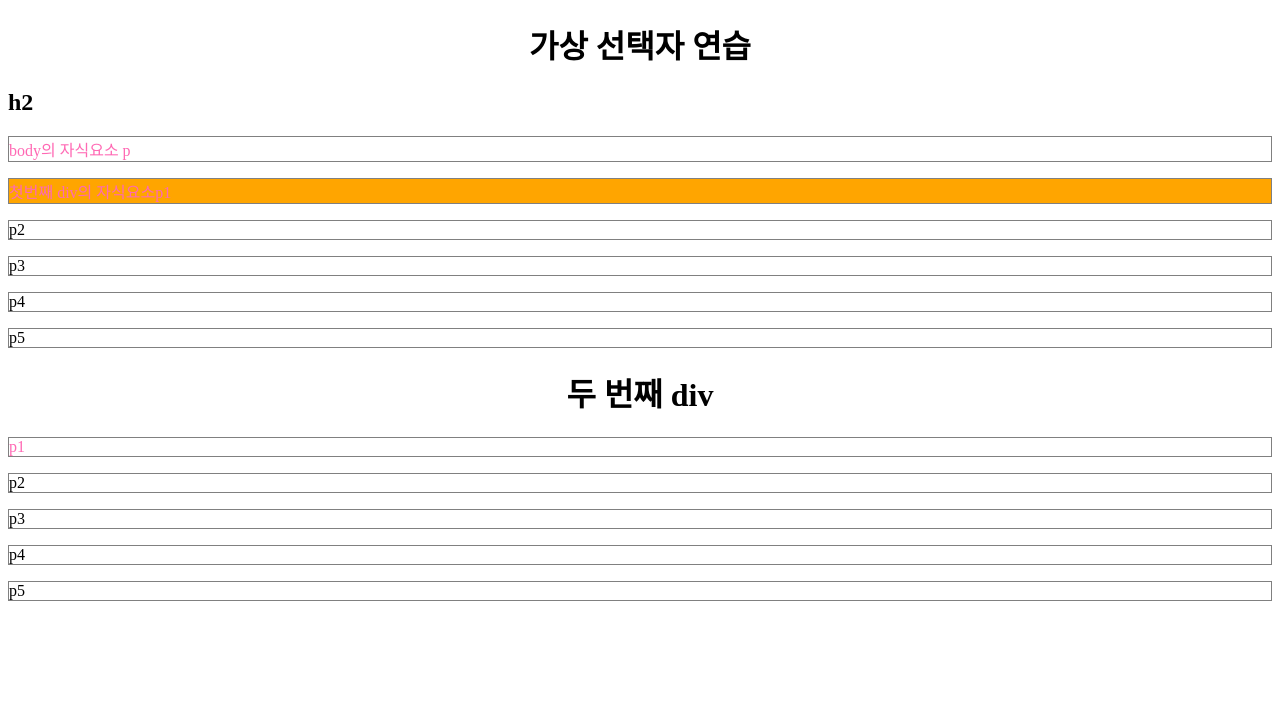
Repository: 753kg/753kg.github.io
Page: KOSTA/webProject/WebContent/day3/virtualSelector.html
The author's editor kept a copy of each file at every save. The page is drawn from the files as they stood at one save, then again after the next save.
The browser window is 1280 px wide. The pictures show the whole page.

Above is the page before, as saved 2021-03-31 03:08:30.

After the next save:
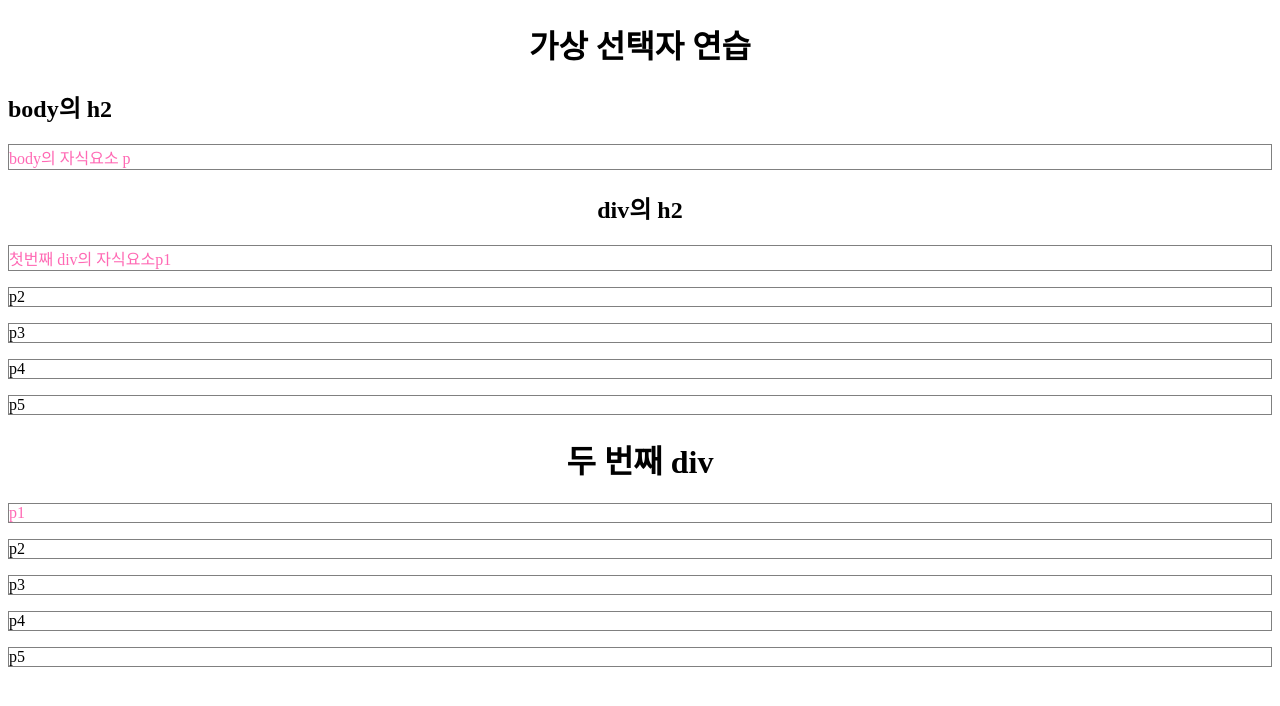
Saved 18 s later.
--- a/KOSTA/webProject/WebContent/day3/virtualSelector.html
+++ b/KOSTA/webProject/WebContent/day3/virtualSelector.html
@@ -21,10 +21,11 @@
 <body>
 
   <h1>가상 선택자 연습</h1>
-  <h2>h2</h2>
+  <h2>body의 h2</h2>
   <p>body의 자식요소 p</p>
 
   <div>
+    <h2>div의 h2</h2>
   	<p>첫번째 div의 자식요소p1</p>
  	<p>p2</p>
 	<p>p3</p>
